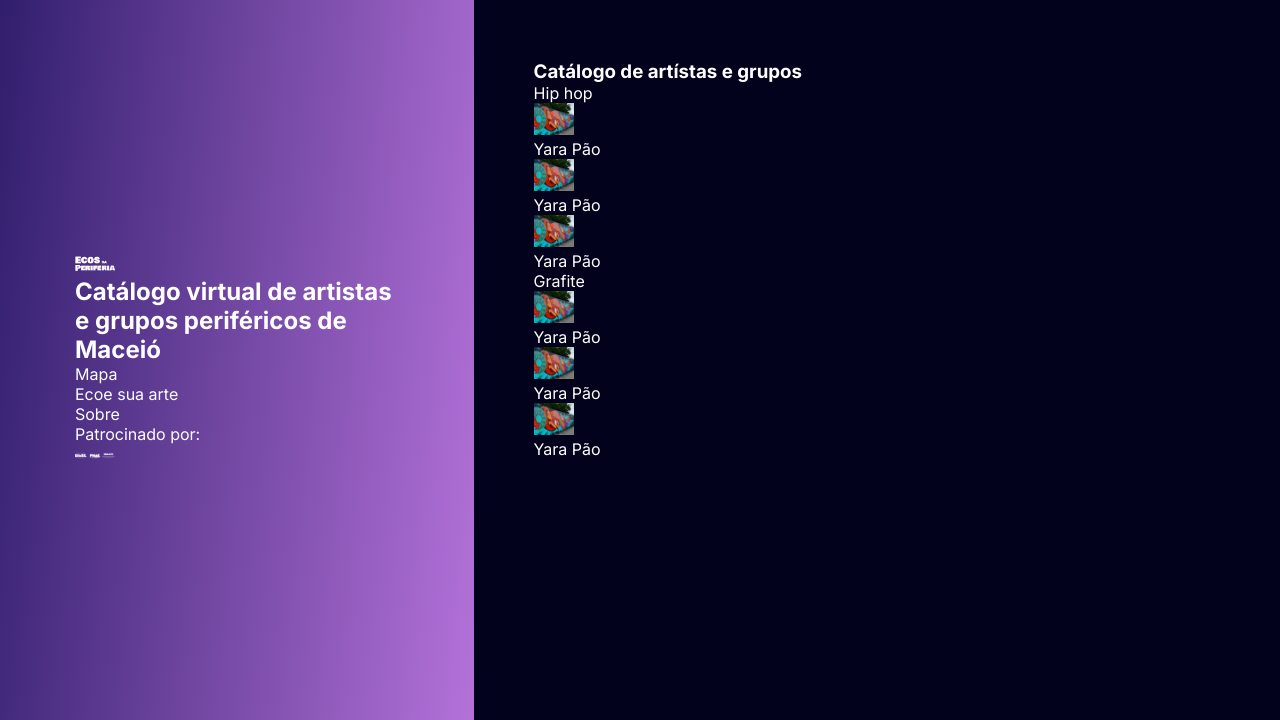
Repository: lucasthaynan/ecos-da-periferia
Page: index.html
An editor plug-in stored every save of this project. The page is shown before and after the next save, followed by the edit.
The browser window is 1280 px wide. The pictures show the whole page.

Above is the page before, as saved 2025-11-11 17:50:23.

### index.html
<!DOCTYPE html>
<html lang="pt-BR">

<head>
    <meta charset="UTF-8">
    <meta name="viewport" content="width=device-width, initial-scale=1.0">
    <link rel="stylesheet" href="style.css?v=1.0">
    <title>Ecos da Periferia</title>
</head>

<body>

    <header class="left">
        <div class="container">
            <img class="logo-ecos" src="./imagens/logo-ecos-da-periferia.png" alt="" srcset="">
            <h2>Catálogo virtual de artistas e grupos periféricos de Maceió</h2>
            <div class="line"></div>
            <div class="menu">
                <div class="btn catalogo active"></div>
                <div class="btn mapa">Mapa</div>
                <div class="btn inscricao">Ecoe sua arte</div>
                <div class="btn sobre">Sobre</div>
            </div>
            <div class="logos">
                <p>Patrocinado por:</p>
                <div class="list-logos">
                    <img src="./imagens/logos.png" alt="" srcset="">
                </div>
            </div>
        </div>
    </header>

    <section class="catalogo">
        <h3>Catálogo de artístas e grupos</h3>
        <div class="container-grupos hiphop">
            <div class="chapeu">Hip hop</div>
            <div class="lista">
                <div class="artista-1">
                    <img src="./imagens/yara-pao.jpg" alt="" srcset="">
                    <p class="nome">Yara Pão</p>
                </div>
                <div class="artista-2">
                    <img src="./imagens/yara-pao.jpg" alt="" srcset="">
                    <p class="nome">Yara Pão</p>
                </div>
                <div class="artista-3">
                    <img src="./imagens/yara-pao.jpg" alt="" srcset="">
                    <p class="nome">Yara Pão</p>
                </div>

            </div>
        </div>


        <div class="container-grupos grafite">
            <div class="chapeu">Grafite</div>
            <div class="lista">
                <div class="artista-4">
                    <img src="./imagens/yara-pao.jpg" alt="" srcset="">
                    <p class="nome">Yara Pão</p>
                </div>
                <div class="artista-5">
                    <img src="./imagens/yara-pao.jpg" alt="" srcset="">
                    <p class="nome">Yara Pão</p>
                </div>
                <div class="artista-6">
                    <img src="./imagens/yara-pao.jpg" alt="" srcset="">
                    <p class="nome">Yara Pão</p>
                </div>

            </div>
        </div>



    </section>

    <script src="main.js?v=1.0"></script>

</body>

</html>

### style.css
@import url('https://fonts.googleapis.com/css2?family=Inter:ital,opsz,wght@0,14..32,100..900;1,14..32,100..900&family=Lato:ital,wght@0,100;0,300;0,400;0,700;0,900;1,100;1,300;1,400;1,700;1,900&family=Poppins:ital,wght@0,100;0,200;0,300;0,400;0,500;0,600;0,700;0,800;0,900;1,100;1,200;1,300;1,400;1,500;1,600;1,700;1,800;1,900&family=Raleway:ital,wght@0,100..900;1,100..900&display=swap');

:root {
    --bg-page: #02021C;
    --bg-menu: linear-gradient(40deg, #311E6D, #C17AE4);
    --font-color: #C1B3D6;
}

* {
    margin: 0;
    padding: 0;
    box-sizing: border-box;
}

body {
    background-color: var(--bg-page);
    font-family: "Inter", sans-serif;
    font-weight: 400;
    font-style: normal;
    color: #ffffff;
    display: flex;
    width: 100vw;
    height: 100vh;
    justify-content: space-between;
    align-items: center
}

img {
    width: 40px;
    height: auto;
}



header {
    width: 37vw;
    height: 100vh;
    /* border: #C17AE4 solid 1px; */
    background: linear-gradient(96deg, #311E6D 00%, #C17AE4 110%);
    display: flex;
    flex-direction: column;
    justify-content: center;
    padding: 75px;
}

section {
    width: 63vw;
    height: 100vh;
    padding: 60px;
    /* border: #5db872 solid 1px; */
}

Loaded but not shown: main.js (no stored copy; drawn as an empty file)

After the next save:
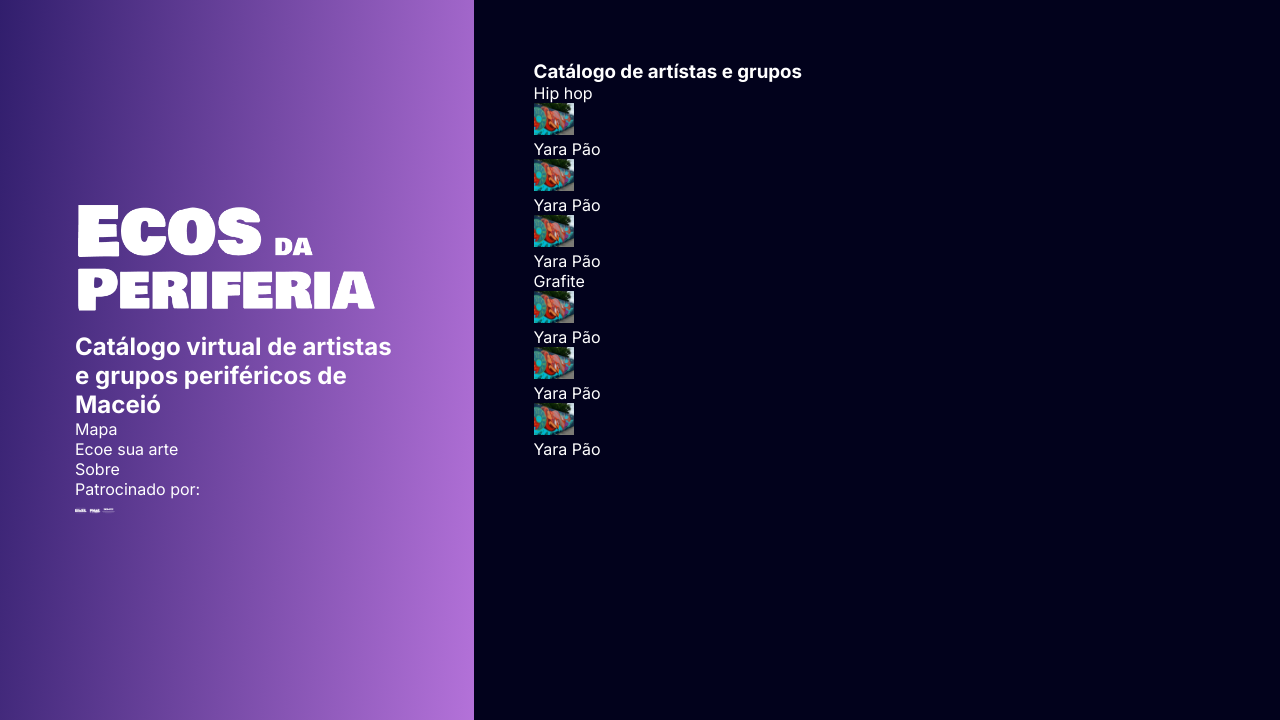
Saved 13 s later.
--- a/style.css
+++ b/style.css
@@ -49,3 +49,7 @@
     padding: 60px;
     /* border: #5db872 solid 1px; */
 }
+
+img.logo-ecos {
+    width: 300px;
+}
